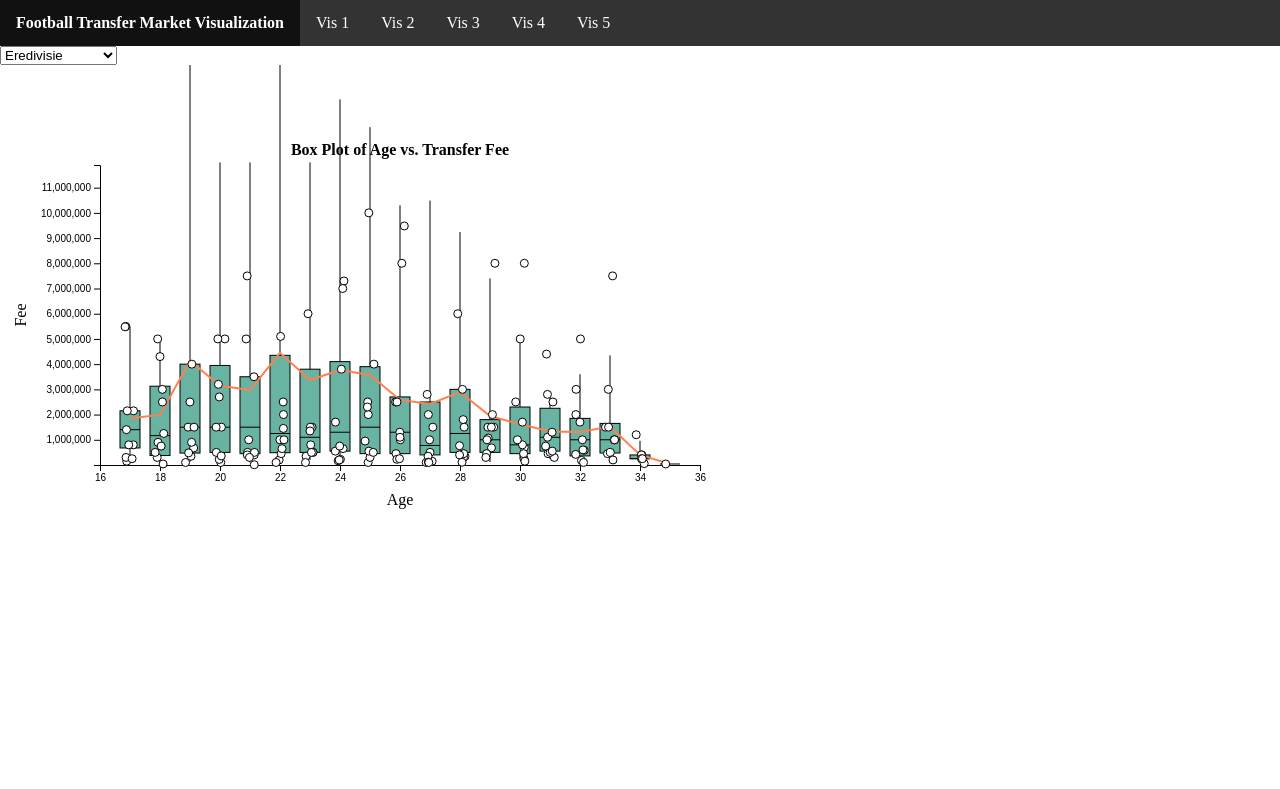
Repository: cedricshan/Football-Transfer-Market-Visualization
Page: dashboard/BoxPlot.html
An editor plug-in stored every save of this project. The page is shown before and after the next save, followed by the edit.
The browser window is 1280 px wide. The pictures show the whole page.

Above is the page before, as saved 2023-10-18 22:12:03.

### dashboard/BoxPlot.html
<!DOCTYPE html>
<html lang="en">

<head>
    <meta charset="UTF-8">
    <link rel="stylesheet" href="CSS/main.css">
    <link rel="icon" href="favicon.ico" mce_href="favicon.ico" type="image/x-icon">
    <link rel="shortcut icon" href="favicon.ico" mce_href="favicon.ico" type="image/x-icon">
    <title>Football Transfer Vis</title>
    <script type="text/javascript" src="d3.v7.js"></script>
</head>

<body>
    <ul>
        <li><a href="dashboard.html"><b>Football Transfer Market Visualization</b></a></li>
        <li><a href="network.html">Vis 1</a></li>
        <li><a href="chord.html">Vis 2</a></li>
        <li><a href="Position_interactive.html">Vis 3</a></li>
        <li><a href="LineChart.html">Vis 4</a></li>
        <li><a href="BoxPlot.html">Vis 5</a></li>
    </ul>
    <select id="csv-select">
        <option value="processed_eredivisie.csv">Eredivisie</option>
        <option value="processed_premier-league.csv">Premier League</option>
        <option value="processed_1-bundesliga.csv">Bundesliga</option>
        <option value="processed_liga-nos.csv">Liga Portugal</option>
        <option value="processed_ligue-1.csv">Ligue 1</option>
        <option value="processed_primera-division.csv">LaLiga</option>
        <option value="processed_1-bundesliga.csv">Serie A</option>
    </select>

    <script type="text/javascript" , src="BoxPlot.js"> </script>
</body>

</html>

### dashboard/CSS/main.css
html,
body {
    margin: 0;
    height: 100%;
}
ul {
    list-style-type: none;
    margin: 0;
    padding: 0;
    overflow: hidden;
    background-color: #333;
}

li {
    float: left;
}

li a {
    display: block;
    color: white;
    text-align: center;
    padding: 14px 16px;
    text-decoration: none;
}

li a:hover {
    background-color: #111;
}

#timeline {
    width: 70%;
    margin: auto;
    padding: 20px 0 0 0;
}

.tooltip {
    position: absolute;
    pointer-events: none;
    height: 35px;
    padding: 8px;
    border-radius: 8px;
    background-color: white;
    font-size: .8em;
    text-align: center;
}

#selectContainer {
    position: absolute;
    top: 50;
    left: 0;
    width: 100%;
    background-color: #ffffff;
    /* Background color for the container */
    padding: 10px;
    /* Adjust the padding as needed */
}

### dashboard/BoxPlot.js

var parseDate = d3.timeParse("%B");
const margin = {top: 20, right: 20, bottom: 40, left: 40};
document.getElementById("csv-select").addEventListener("change", function() {
    loadAndVisualizeData(this.value);
});

function loadAndVisualizeData(filename) {

    d3.select("#chartSVG").remove();

    var svg = d3.select('body')
        .append('svg')
        .attr('id', 'chartSVG')
        .attr('height', '100%')
        .attr('width', '100%');

    d3.csv(filename)
    .then(data => {
        return data.map(d => {
            return {
                Fee: Number(d.Fee),
                Age: Number(d.Age)
            };
        });
    })
    .then(processedData => {
        var height = 300;
        var width = 600;
        var maxFee = d3.max(processedData, function (d) { return d.Fee; });
        var minFee = d3.min(processedData, function (d) { return d.Fee; });
        var minAge= d3.min(processedData,function (d) { return d.Age; })
        var maxAge= d3.max(processedData,function (d) { return d.Age; })
        const meanFee = d3.mean(processedData, d => d.Fee);

            // Group data by Age
        const groupedData = d3.group(processedData, d => d.Age);

        // Compute statistics for each group
        const sumstat = Array.from(d3.rollup(
            processedData,
            group => {
                const fees = group.map(d => +d.Fee).sort(d3.ascending);

                const q1 = d3.quantile(fees, 0.25);
                const median = d3.quantile(fees, 0.5);
                const q3 = d3.quantile(fees, 0.75);
                const top = d3.quantile(fees, 0.05);
                const bottom = d3.quantile(fees, 0.95);
                const interQuantileRange = q3 - q1;
                const min = 0;
                const max = q3 + 1.5 * interQuantileRange;
                const avg= d3.mean(fees);
                return { q1, median, q3, interQuantileRange, min, max, avg,top ,bottom };

            },
            d => d.Age
        )).map(([key, value]) => ({ key, value }));

        function selectRandomTenPoints(data) {
            const sampledData = [];
            for (const [age, values] of groupedData) {
                // Filter out values with Fee over 10,000,000
                const filteredValues = values.filter(d => d.Fee <= 10000000);

                const shuffled = [...filteredValues].sort(() => 0.5 - Math.random());
                const selected = shuffled.slice(0, 10);
                sampledData.push(...selected);
            }
            return sampledData;
        }


        const sampleDataForPlotting = selectRandomTenPoints(processedData);

        const sortedData = sumstat.sort((a, b) => d3.ascending(a.key, b.key));

        console.log(sortedData);

        console.log(maxFee);
        console.log(maxAge);
        console.log(minAge);

        const x = d3.scaleLinear()
            .domain([d3.min(processedData, d => d.Age)-1, d3.max(processedData, d => d.Age)+1])
            .range([0, width]);

        const y = d3.scaleLinear()
            .domain([d3.min(processedData, d => d.Fee), d3.mean(processedData, d => d.Fee)*3.7])
            .range([height, 0]);


        var chartGroup=svg
        .append('g')
        .attr('transform','translate(100,100)');

        chartGroup.append("g")
        .attr("transform", `translate(0, ${height})`)
        .call(d3.axisBottom(x));

        chartGroup.append("g")
        .call(d3.axisLeft(y))



        chartGroup.append("text")
            .attr("transform", `translate(${width / 2}, ${height + margin.top + 20})`)
            .style("text-anchor", "middle")
            .text("Age");

        chartGroup.append("text")
            .attr("transform", "rotate(-90)")
            .attr("y", 0 - margin.left-50)
            .attr("x", 0 - (height / 2))
            .attr("dy", "1em")
            .style("text-anchor", "middle")
            .text("Fee");

        chartGroup
            .selectAll("vertLines")
            .data(sumstat)
            .enter()
            .append("line")
            .attr("x1", function(d){return(x(d.key))})
            .attr("x2", function(d){return(x(d.key))})
            .attr("y1", function(d){return(y(d.value.bottom))})
            .attr("y2", function(d){return(y(d.value.top))})
            .attr("stroke", "black")
            .style("width", 40)



        chartGroup
            .selectAll("Lines")
            .data(sumstat)
            .enter()
            .append("line")
            .attr("x1", function(d){return(x(d.key))})
            .attr("x2", function(d){return(x(d.key))})
            .attr("y1", function(d){return(y(d.value.avg))})
            .attr("y2", function(d){return(y(d.value.avg))})
            .attr("stroke", "black")
            .style("width", 40)

        var tooltip = chartGroup.append("g")
        .attr("class", "tooltip")
        .style("display", "none");

        tooltip.append("rect")
            .attr("width", 150)
            .attr("height", 50)
            .attr("fill", "white")
            .style("opacity", 0.8);

        tooltip.append("text")
            .attr("x", 5)
            .attr("dy", "1.2em")
            .style("text-anchor", "start")
            .attr("font-size", "12px")
            .attr("font-family", "sans-serif");

        var boxWidth = 20
        var highlightedBox = chartGroup.select(null);
        chartGroup
            .selectAll("boxes")
            .data(sumstat)
            .enter()
            .append("rect")
                .attr("x", function(d){return(x(d.key)-boxWidth/2)})
                .attr("y", function(d){return(y(d.value.q3))})
                .attr("height", function(d){return(y(d.value.q1)-y(d.value.q3))})
                .attr("width", boxWidth )
                .attr("stroke", "black")
                .style("fill", "#69b3a2")
                .on("click",function(d) {
                    // Recolor the last clicked rect.
                    highlightedBox.style("fill", "#69b3a2")
                    // Color the new one:
                    highlightedBox = d3.select(this);
                    highlightedBox.style("fill","steelblue");
                })
            .on("click", function(event, d) {
                highlightedBox.style("fill", "#69b3a2");

                highlightedBox = d3.select(this);
                highlightedBox.style("fill", "steelblue");

                tooltip
                    .attr("transform", `translate(${x(d.key) + 5}, ${y(d.value.q3) - 50})`)
                    .style("display", null);

                tooltip.select("text")
                    .text(`Age: ${d.key}`)
                    .append("tspan")
                    .attr("x", 5)
                    .attr("dy", "1.2em")
                    .text(`Median Fee: ${d.value.median}`);
                })
            .on("mouseout", function() {
                    tooltip.style("display", "none");
                });

            // Show the median
        chartGroup
        .selectAll("medianLines")
        .data(sumstat)
        .enter()
        .append("line")
            .attr("x1", function(d){return(x(d.key)-boxWidth/2) })
            .attr("x2", function(d){return(x(d.key)+boxWidth/2) })
            .attr("y1", function(d){return(y(d.value.median))})
            .attr("y2", function(d){return(y(d.value.median))})
            .attr("stroke", "black")
            .style("width", 80)

        var avgline=chartGroup.append('g')
            .attr('class','avgline')
            .attr('transform','translate(0,0)');

        var line =d3.line()
            .x(function(d){return x(d.key)})
            .y(function(d){return y(d.value.avg)});

        chartGroup.append('path')
            .attr('d',line(sortedData))
            .attr('stroke','#FF7F50')
            .attr('stroke-width',2)
            .attr('fill','none');

        var jitterWidth = 10
        chartGroup
            .selectAll("indPoints")
            .data(sampleDataForPlotting)
            .enter()
            .append("circle")
            .attr("cx", function(d){return(x(d.Age) - jitterWidth/2 + Math.random()*jitterWidth )})
            .attr("cy", function(d){return(y(d.Fee))})
            .attr("r", 4)
            .style("fill", "white")
            .attr("stroke", "black")


        chartGroup.append("text")
            .attr("transform", `translate(${width / 2}, ${-10})`)
            .style("text-anchor", "middle")
            .style("font-size", "16px")
            .style("font-weight", "bold")
            .text("Box Plot of Age vs. Transfer Fee");



        })
        .catch(error => {
            console.error("Error loading or processing the CSV:", error);
        });
}
loadAndVisualizeData(document.getElementById("csv-select").value);

Loaded but not shown: dashboard/d3.v7.js (library)

After the next save:
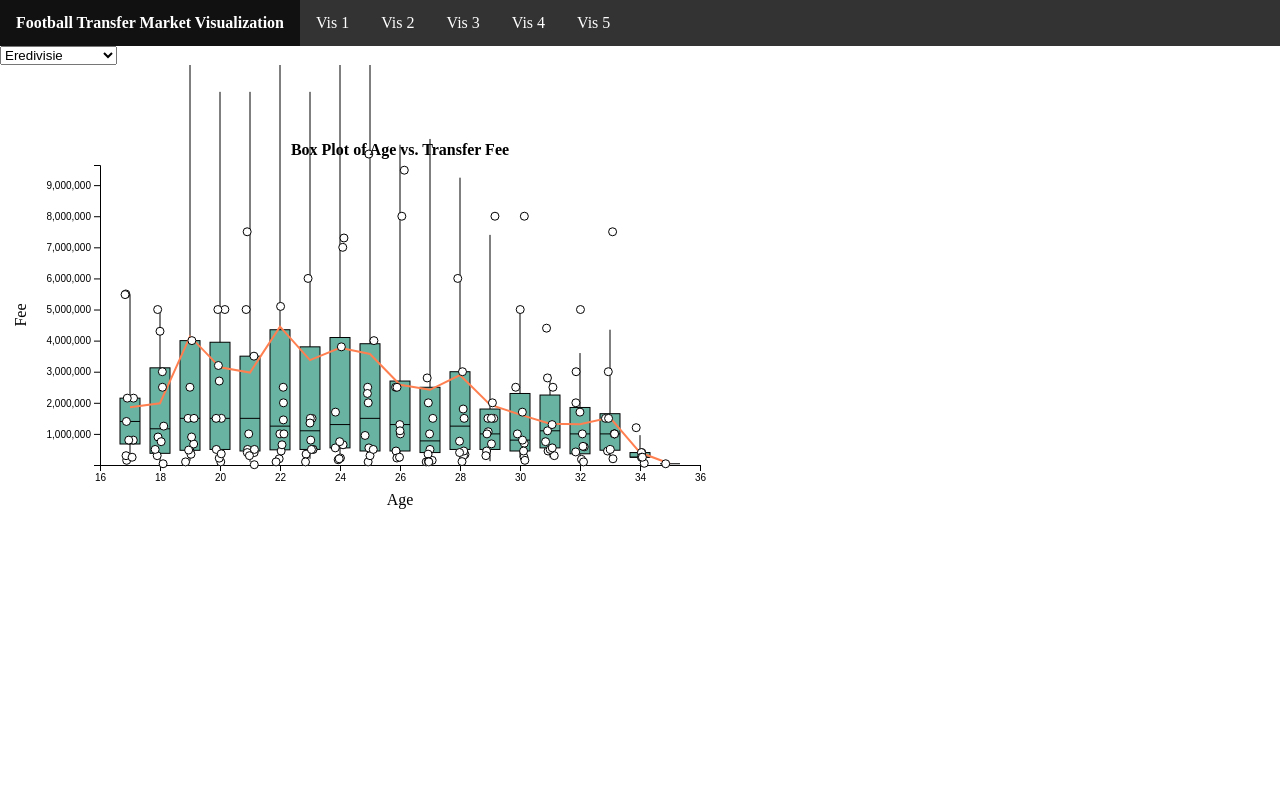
Saved 21 s later.
--- a/dashboard/BoxPlot.js
+++ b/dashboard/BoxPlot.js
@@ -86,7 +86,7 @@ function loadAndVisualizeData(filename) {
             .range([0, width]);
 
         const y = d3.scaleLinear()
-            .domain([d3.min(processedData, d => d.Fee), d3.mean(processedData, d => d.Fee)*3.7])
+            .domain([d3.min(processedData, d => d.Fee), d3.mean(processedData, d => d.Fee)*3])
             .range([height, 0]);
 
 
